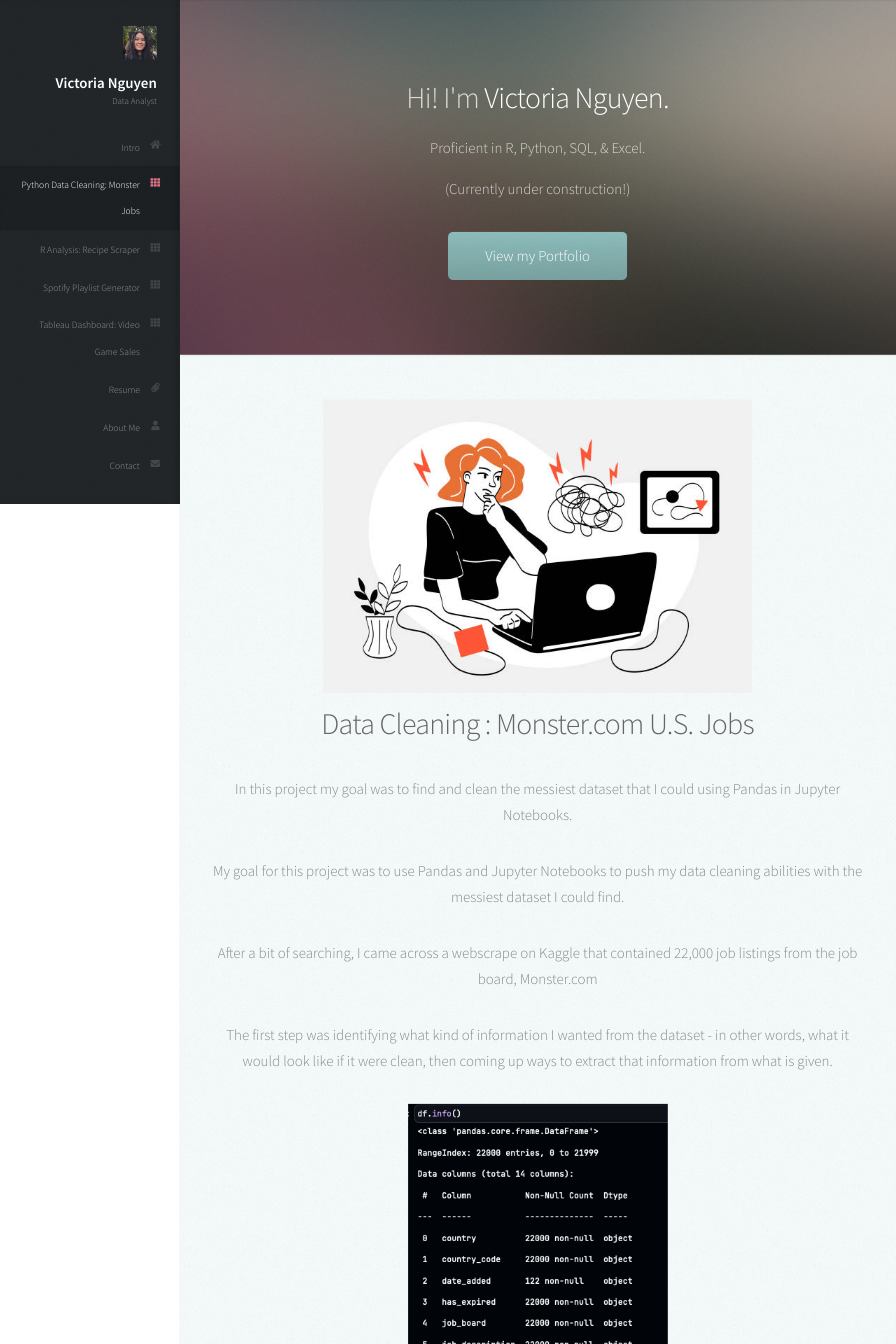
Repository: VictoriaTCNguyen/VictoriaTCNguyen
Page: index.html
An editor plug-in stored every save of this project. The page is shown before and after the next save, followed by the edit.
The browser window is 1280 px wide. The pictures show the part of the page from y = 0 to 1920 px (the page is 12485 px tall), at 70% of full size.

Above is the page before, as saved 2023-06-07 09:22:23.

### index.html
<!DOCTYPE HTML>
<!--
	Prologue by HTML5 UP
	html5up.net | @ajlkn
	Free for personal and commercial use under the CCA 3.0 license (html5up.net/license)
-->
<html>
	<head>
		<title>Victoria Nguyen's Portfolio </title>
		<meta charset="utf-8" />
		<meta name="viewport" content="width=device-width, initial-scale=1, user-scalable=no" />
		<link rel="stylesheet" href="assets/css/main.css" />
		<link rel="icon" href="/images/woman-technologist-light-skin-tone_1f469-1f3fb-200d-1f4bb.png">
	</head>
	<body class="is-preload">

		<!-- Header -->
			<div id="header">

				<div class="top">

					<!-- Logo -->
						<div id="logo">
							<span class="image avatar48"><img src="images/VN_LinkedIn.jpg" alt="" /></span>
							<h1 id="title">Victoria Nguyen</h1>
							<p>Data Analyst</p>
						</div>

					<!-- Nav -->
						<nav id="nav">
							<ul>
								<li><a href="#top" id="top-link"><span class="icon solid fa-home">Intro</span></a></li>
								<li><a href="#portfolio" id="portfolio-link"><span class="icon solid fa-th">Python Data Cleaning: Monster Jobs </span></a></li>
								<li><a href="#portfolio2" id="portfolio-link"><span class="icon solid fa-th">R Analysis: Recipe Scraper </span></a></li>
								<li><a href="#portfolio3" id="portfolio-link"><span class="icon solid fa-th">Spotify Playlist Generator </span></a></li>
								<li><a href="#portfolio4" id="portfolio-link"><span class="icon solid fa-th">Tableau Dashboard: Video Game Sales </span></a></li>
								<li><a href="#resume" id="resume-link"><span class="icon solid fa-paperclip">Resume</span></a></li>
								<li><a href="#about" id="about-link"><span class="icon solid fa-user">About Me</span></a></li>
								<li><a href="#contact" id="contact-link"><span class="icon solid fa-envelope">Contact</span></a></li>
							</ul>
						</nav>

				</div>

				<div class="bottom">

					<!-- Social Icons -->
						<ul class="icons">
							<li><a href="#" class="icon brands fa-github"><span class="label">Github</span></a></li>
							<li><a href="#" class="icon solid fa-envelope"><span class="label">Email</span></a></li>
						</ul>

				</div>

			</div>

		<!-- Main -->
			<div id="main">

				<!-- Intro -->
					<section id="top" class="one dark cover">
						<div class="container">

							<header>
								<h2 class="alt">Hi! I'm <strong>Victoria Nguyen.</strong> </h2>
								<p>Proficient in R, Python, SQL, & Excel.</p>
								<p>(Currently under construction!)</p>
							</header>

							<footer>
								<a href="#portfolio" class="button scrolly">View my Portfolio</a>
							</footer>

						</div>
					</section>


				<!-- Portfolio1 -->
				<section id="portfolio" class="two">
					<div class="container">

						<header>
							<img src="images/istockphoto-1411855202-612x612.jpg" alt="Image of Kaggle dataset">
							<h2>Data Cleaning : Monster.com U.S. Jobs</h2>
						</header>

						<p>In this project my goal was to find and clean the messiest dataset that I could using Pandas in Jupyter Notebooks.</p>

						<div class="center">
							<div class="col-4 col-12-mobile">

								<p> My goal for this project was to use Pandas and Jupyter Notebooks to push my data cleaning abilities with the messiest
									dataset I could find.</p>

								<p> After a bit of searching, I came across a webscrape on Kaggle that contained 22,000 job listings from the job board,
									Monster.com</p>

								<p> The first step was identifying what kind of information I wanted from the dataset - in other words, what it would look
									like if it were clean, then coming up ways to extract that information from what is given. </p>

								<img src="images/1a.png" alt="">

								<p>Upon initial investigation, I found that job descriptions could be found in the location and salary columns, locations
									could be found in the organization column, some entries had the same information copied into every single column, salaries
									were being entered as hourly wages, and some just had useless or nonsensical entries.  </p>

									<img src="images/1c.png" alt="">

								<p>The first issue I decided to tackle was the one I see most commonly in datasets: that multiple variables are being put into
									 the same column and need to be parsed into their own, proper variables. The ‘job_types’ variable had two separate ways of
									 distinguishing jobs from each other: full time vs. part time, and contract vs. employee. Other than that, this column was
									 nicely formatted and all I needed to do was pull the right substrings from each of them. </p>

								<img src="images/1b.png" alt="">

								<p>Next, I tackled the locations column, which quickly proved to be the most difficult.  A good chunk of these were just entire
									 job descriptions pasted in. My first idea was to shave off unwanted entries. As far as I’m aware, most location names
									 could be spelled out in 50 characters or less. In addition, if an entire job description was pasted into this column,
									  there would usually be a title, so I also searched for “Location:” in the longer entries. </p>

								<img src="images/1d.png" alt="">

								<p>After extracting the location from each of the job entries, I decided to pull the state & zip code from each location. </p>

								<img src="images/1e.png" alt="">

								<p>I then ran into an unexpected issue. Because state names are entered either by spelling out their full name or by their two
									letter abbreviation, I thought I could simply search for any substring containing the abbreviated state names. However,
									 many job descriptions would use capital letters in one way or another - whether it was the entire job description being
									 capitalized or using capitalization to emphasize whole words or titles. Either way, I had to find a way around it. Thus,
									  I used regex to find the two capital letters together with non-capital characters before and after.
								</p>
								<img src="images/1f.png" alt="">

								<p>Now that the states were sorted, I moved onto the zipcodes. Thankfully, from the previous step, I was able to tinker with
									a regex and similarly used one to pull strings containing five consecutive digits. This also kept me from accidentally
									pulling any phone numbers that made it into this column. </p>

								<img src="images/1g.png" alt="">

								<p>The last bulk of my work was fixing the salary column. I had my work set out for me because I could see that it was a
									jumble of salaries, hourly wages, vague descriptions of what their compensation might be, or just other benefits that
									didn’t help candidates understand what pay they should be expecting. </p>

								<img src="images/1h.png" alt="">

								<p>I extracted all entries that mentioned “yearly” and “hourly”, and swapped the hourly salaries that were too outrageous
									 to be true to yearly salaries, and vice-versa. I then shaved off excess characters to get plain numbers, then converted
									 hourly wages to salaries. </p>

								<img src="images/1i.png" alt="">

								<p> Finally, the data was ready to be analyzed.</p>

								<img src="images/1j.png" alt="">

								<p></a></p>
							</div>
						</div>

					</div>
				</section>

				<!-- Portfolio2 -->
				<section id="portfolio2" class="two">
					<div class="container">

						<header>
							<img src="images/istockphoto-1411855202-612x612.jpg" alt="Image of Kaggle dataset">
							<h2>Recipe Scraper</h2>
						</header>

						<p>This section is currently under construction. </p>

						<div class="center" style = text-align:left;>
							<div class="col-4 col-12-mobile">

							</div>
						</div>

					</div>
				</section>

				<!-- Portfolio3 -->
				<section id="portfolio3" class="two">
					<div class="container">

						<header>
							<img src="images/istockphoto-1411855202-612x612.jpg" alt="Image of Kaggle dataset">
							<h2>Spotify Playlist Generator</h2>
						</header>

						<p>This section is currently under construction. </p>

						<div class="center" style = text-align:left;>
							<div class="col-4 col-12-mobile">

							</div>
						</div>

					</div>
				</section>

				<!-- Portfolio4 -->
				<section id="portfolio4" class="two">
					<div class="container">

						<header>
							<img src="/images/istockphoto-1366567982-612x612.jpg" alt="Image of Kaggle dataset">
							<h2>Tableau Dashboard: Video Game Sales</h2>
						</header>

						<p> Video games have been a passion of mine since I was young. Even as I got older and took on more responsibilities that kept me from gaming with my
							brothers for hours, I would still keep an eye on what games were coming out to see what we would play next.
						</p>

						<p>
							Having played games for so long, I have basically watched the gaming landscape change around me throughout my life. I saw consoles come and go, huge
							companies merge,
							 and trends change between different genres and monetization methods.</p>

						<p>
							Because of this, I decided I wanted to make a dashboard that almost acted like an interactive time capsule for video games.
							While it lacks the context that a full timeline could provide, this dashboard allows the user to more easily visualize how
							video game sales for certain titles and categories compared to others during their release.
						</p>

						<p>
							To allow users to refine the results to their own interests, I made it so the dashboard could be filtered by different date
							frames, publishers, and game genres to get a better look at what was popular during different eras, rather than just an overall look at sales.
						</p>

						<p><div class='tableauPlaceholder' id='viz1686099189806' style='position: relative'><noscript><a href='#'><img alt='Dashboard 1 ' src='https:&#47;&#47;public.tableau.com&#47;static&#47;images&#47;VG&#47;VGSales_16860990043510&#47;Dashboard1&#47;1_rss.png' style='border: none' /></a></noscript><object class='tableauViz'  style='display:none;'><param name='host_url' value='https%3A%2F%2Fpublic.tableau.com%2F' /> <param name='embed_code_version' value='3' /> <param name='site_root' value='' /><param name='name' value='VGSales_16860990043510&#47;Dashboard1' /><param name='tabs' value='no' /><param name='toolbar' value='yes' /><param name='static_image' value='https:&#47;&#47;public.tableau.com&#47;static&#47;images&#47;VG&#47;VGSales_16860990043510&#47;Dashboard1&#47;1.png' /> <param name='animate_transition' value='yes' /><param name='display_static_image' value='yes' /><param name='display_spinner' value='yes' /><param name='display_overlay' value='yes' /><param name='display_count' value='yes' /><param name='language' value='en-US' /><param name='filter' value='publish=yes' /></object></div>                <script type='text/javascript'>                    var divElement = document.getElementById('viz1686099189806');                    var vizElement = divElement.getElementsByTagName('object')[0];                    if ( divElement.offsetWidth > 800 ) { vizElement.style.width='1000px';vizElement.style.height='1227px';} else if ( divElement.offsetWidth > 500 ) { vizElement.style.width='1000px';vizElement.style.height='1227px';} else { vizElement.style.width='100%';vizElement.style.height='1577px';}                     var scriptElement = document.createElement('script');                    scriptElement.src = 'https://public.tableau.com/javascripts/api/viz_v1.js';                    vizElement.parentNode.insertBefore(scriptElement, vizElement);                </script></p>

						<div class="center" style = text-align:left;>
							<div class="col-4 col-12-mobile">

							</div>
						</div>

					</div>
				</section>

				<!-- Resume -->
				<section id="resume" class="three">
					<div class="container">

						<header>
							<h2><a href="images/VictoriaNguyen_Resume_2023.pdf" download>Click here to download my resume!</a></h2>
						</header>


					</div>
				</section>

				<!-- About Me -->
					<section id="about" class="three">
						<div class="container">

							<header>
								<h2>About Me</h2>
							</header>

							<a href="#" class="image featured"><img src="images/Victoria_Osaka2.jpg" alt="Me in Osaka, April 2023. I was lucky enough to visit while the cherry blossoms were in full bloom!" /></a>

							<p>
								My name is Victoria Nguyen. Data analysis and vizualition are just two of the many things I'm passionate about.
								Whether I'm using spreadsheets to optimize my workout routine or using it to observe consumer habits, I love using data to enhance the way I look at the world.
							</p>

							<p>
								Outside of data analytics, I love to travel, cook, discuss all things media, play video games,
								 & live an active lifestyle.
							</p>

						</div>
					</section>

				<!-- Contact -->
					<section id="contact" class="four">
						<div class="container">

							<header>
								<h2>Contact</h2>
							</header>

							<p>
								You can contact me through my email: victoriatcnguyen@gmail.com
							</p>
							<p></p>
								Alternatively, you can connect with me through these links: <a href="https://github.com/VictoriaTCNguyen">GitHub</a>, <a href="https://www.linkedin.com/in/victoriatcnguyen/">LinkedIn</a>.
							</p>

						</div>
					</section>

			</div>

		<!-- Footer -->
			<div id="footer">

				<!-- Copyright -->
					<ul class="copyright">
						<li>&copy; Untitled. All rights reserved.</li><li>Design: <a href="http://html5up.net">HTML5 UP</a></li>
					</ul>

			</div>

		<!-- Scripts -->
			<script src="assets/js/jquery.min.js"></script>
			<script src="assets/js/jquery.scrolly.min.js"></script>
			<script src="assets/js/jquery.scrollex.min.js"></script>
			<script src="assets/js/browser.min.js"></script>
			<script src="assets/js/breakpoints.min.js"></script>
			<script src="assets/js/util.js"></script>
			<script src="assets/js/main.js"></script>

	</body>
</html>

Loaded but not shown: assets/css/fontawesome-all.min.css (library); assets/js/jquery.min.js (library); assets/js/jquery.scrolly.min.js (common file); assets/js/jquery.scrollex.min.js (common file); assets/js/browser.min.js (common file); assets/js/breakpoints.min.js (common file); assets/js/util.js (587 lines, source omitted); assets/js/main.js (123 lines, source omitted); assets/css/main.css (2633 lines, source omitted)

After the next save:
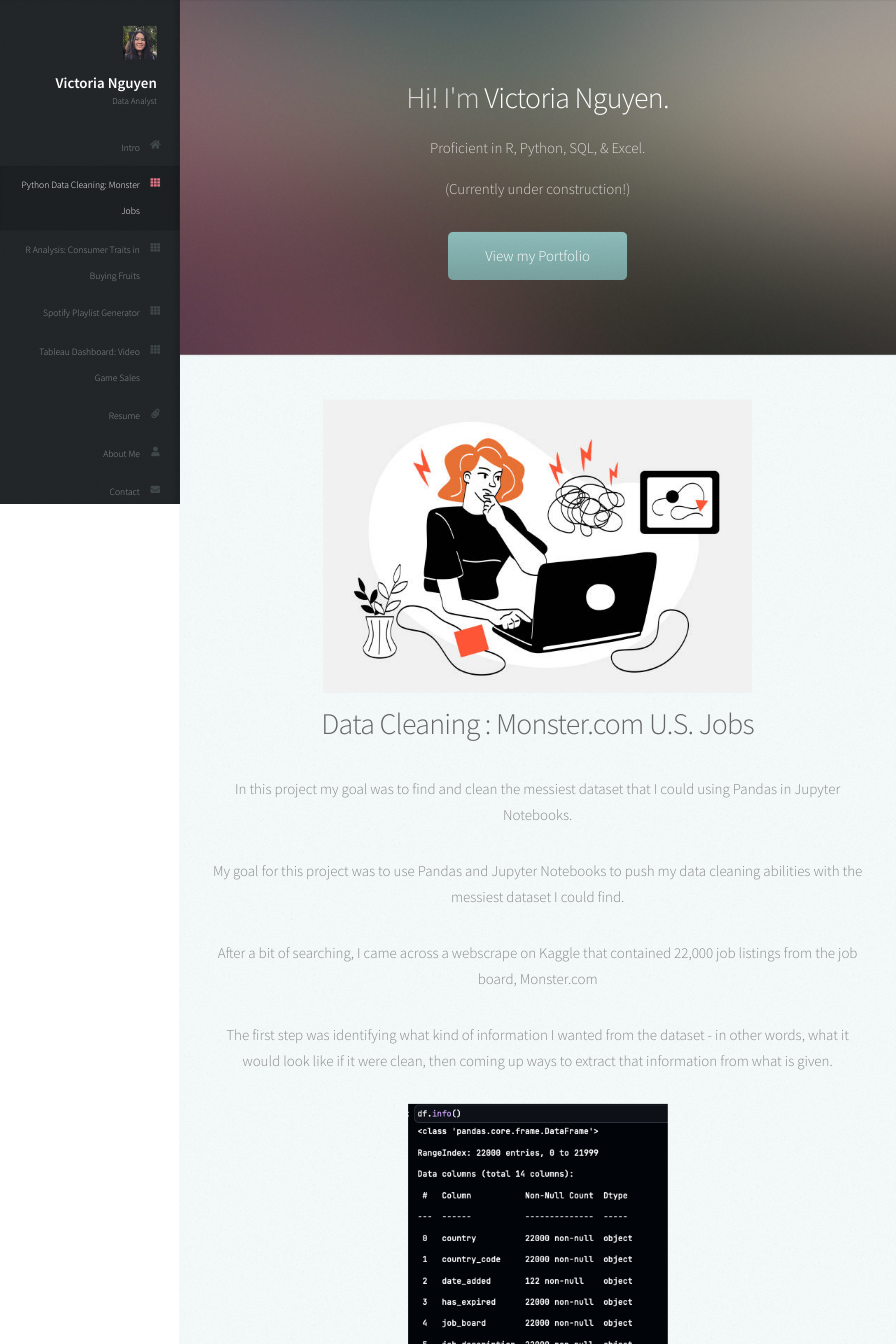
Saved 8 s later.
--- a/index.html
+++ b/index.html
@@ -31,7 +31,7 @@
 							<ul>
 								<li><a href="#top" id="top-link"><span class="icon solid fa-home">Intro</span></a></li>
 								<li><a href="#portfolio" id="portfolio-link"><span class="icon solid fa-th">Python Data Cleaning: Monster Jobs </span></a></li>
-								<li><a href="#portfolio2" id="portfolio-link"><span class="icon solid fa-th">R Analysis: Recipe Scraper </span></a></li>
+								<li><a href="#portfolio2" id="portfolio-link"><span class="icon solid fa-th">R Analysis: Consumer Traits in Buying Fruits </span></a></li>
 								<li><a href="#portfolio3" id="portfolio-link"><span class="icon solid fa-th">Spotify Playlist Generator </span></a></li>
 								<li><a href="#portfolio4" id="portfolio-link"><span class="icon solid fa-th">Tableau Dashboard: Video Game Sales </span></a></li>
 								<li><a href="#resume" id="resume-link"><span class="icon solid fa-paperclip">Resume</span></a></li>
